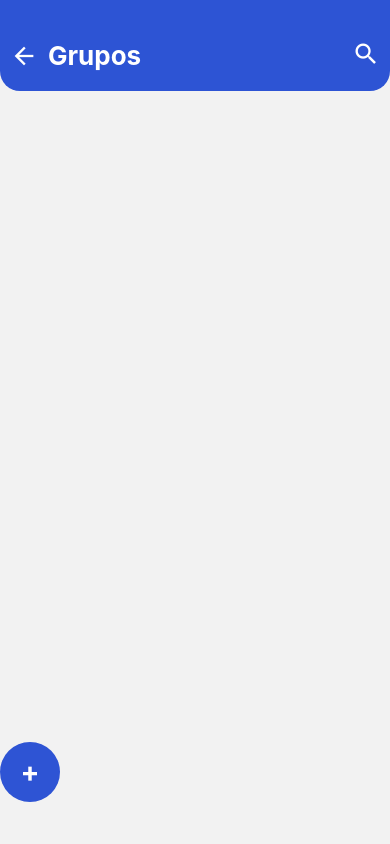
Repository: pheonix5/HeyChat
Screen: /
These files come from the project's save history. The screen is drawn as it stood at one moment and after the next save; the edit follows.
The app was drawn by React Native's web renderer in a window 390 px wide. The project was rebuilt for these pictures with package versions that can differ from the ones it lists, and the page was loaded fresh each time. Also part of the build but not shown: src/pages/SignIn/index.js.

Above is the screen before, as saved 2023-03-09 22:53:25.

### App.js
import React from 'react';
import Routes from './src/routes'
import { NavigationContainer } from '@react-navigation/native'

export default function heychat() {
 return (
   <NavigationContainer>
      <Routes/>
   </NavigationContainer>
  );
}

### src/routes/index.js
import React from 'react';
import AppRoutes from './app.routes';

export default function Routes(){
    return(
        <AppRoutes/>
    )
}

### src/routes/app.routes.js
import React from 'react';
import { createNativeStackNavigator } from '@react-navigation/native-stack';

import SignIn from '../pages/SignIn';
import ChatRoom from '../pages/ChatRoom';

const AppStack = createNativeStackNavigator();

export default function AppRoutes(){
    return(
        <AppStack.Navigator initialRouteName='ChatRoom'>
            <AppStack.Screen
                name='SignIn'
                component={SignIn}
                options={{
                    title: 'Faça login'
                }}
            />


            <AppStack.Screen
                name='ChatRoom'
                component={ChatRoom}
                options={{
                    headerShown: false
                }}
            />

        </AppStack.Navigator>

    )
}

### src/pages/ChatRoom/index.js
import React from 'react';
import {
  StyleSheet,
  Text,
  View,
  SafeAreaView,
  TouchableOpacity,
  FlatList,
} from 'react-native';

import auth from '@react-native-firebase/auth'

import {useNavigation} from '@react-navigation/native';
import MaterialIcons from 'react-native-vector-icons/MaterialIcons'

import FabButton from '../../Components/FabButton/'

export default function ChatRoom() {
  const navigation = useNavigation();

  function handleSignOut(){
    auth()
    .signOut()
    .then(() => {
      navigation.navigate("SignIn")
    }).catch(() => {
        console.log('Não possuim nenhum usuário');
    })
  }

 return (
   <SafeAreaView style={styles.container}>
    <View style={styles.headerRoom}>

      <View style={styles.headerRoomOLeft}>
        <TouchableOpacity onPress={handleSignOut}>
          <MaterialIcons name="arrow-back" size={28} color="#FFF"/>
        </TouchableOpacity>
        <Text style={styles.title}>Grupos</Text>
      </View>

      <TouchableOpacity>
        <MaterialIcons name="search" size={28} color="#FFF"/>
      </TouchableOpacity>
    </View>


    <FabButton/>
   </SafeAreaView>
  );
}

const styles = StyleSheet.create({
  container:{
    flex: 1,
  },
  headerRoom:{
    flexDirection: 'row',
    justifyContent: 'space-between',
    paddingTop: 40,
    paddingBottom: 20,
    paddingHorizontal: 10,
    backgroundColor: '#2d54d4',
    borderBottomRightRadius: 20,
    borderBottomLeftRadius: 20,
  },
  headerRoomOLeft:{
    flexDirection: 'row',
    alignItems: 'center'
  },
  title:{
    fontSize: 26,
    fontWeight: 'bold',
    color: '#FFF',
    paddingLeft: 10
  }
})

### src/Components/FabButton/index.js
import React from 'react';
import { View, Text, StyleSheet, TouchableOpacity } from 'react-native';

export default function FabButton() {
 return (
   <TouchableOpacity style={styles.containerButton}>
    <View>
        <Text style={styles.text}>+</Text>
    </View>
   </TouchableOpacity>
  );
}


const styles = StyleSheet.create({
  containerButton:{
    backgroundColor: '#2e54d4',
    width: 60,
    height: 60,
    borderRadius: 30,
    justifyContent: 'center',
    alignItems: 'center',
    position: 'absolute',
    bottom: '5%'
  },
  text:{
    fontSize: 28,
    color: '#FFF',
    fontWeight: 'bold'
  }
})

After the next save:
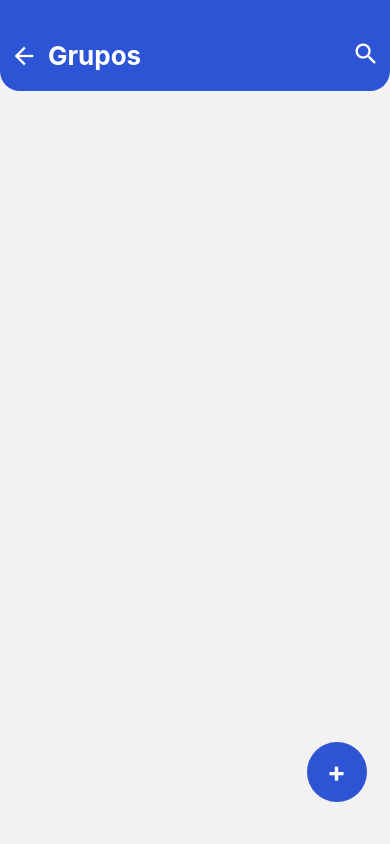
Saved 37 s later.
--- a/src/Components/FabButton/index.js
+++ b/src/Components/FabButton/index.js
@@ -21,7 +21,8 @@ const styles = StyleSheet.create({
     justifyContent: 'center',
     alignItems: 'center',
     position: 'absolute',
-    bottom: '5%'
+    bottom: '5%',
+    right: '6%'
   },
   text:{
     fontSize: 28,
